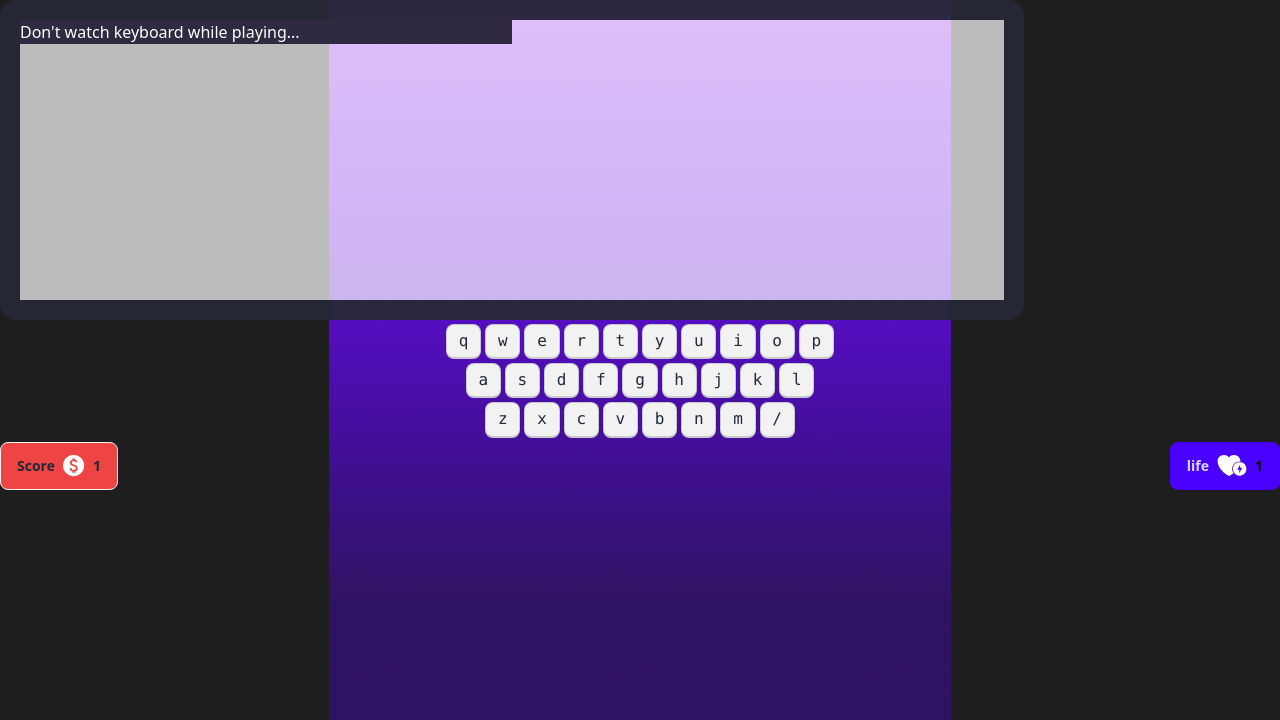
Repository: RudrasahaDibos/Alphabet-clash-
Page: index.html
These files come from the project's save history. The page is drawn as it stood at one moment and after the next save; the edit follows.
The browser window is 1280 px wide. The pictures show the whole page.
Some web fonts or font styles are not loaded; a fallback is used. Some web libraries are served in a nearby version.

Above is the page before, as saved 2024-11-04 12:25:00.

After the next save:
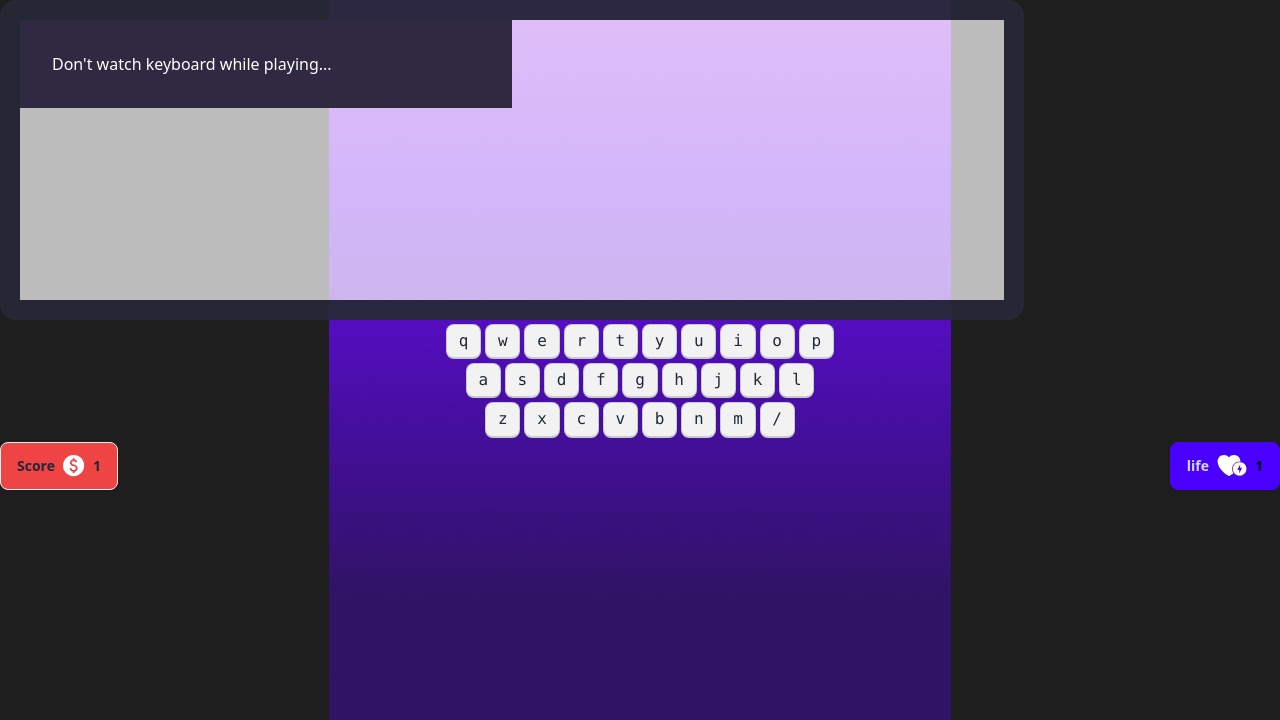
Saved 4 s later.
--- a/index.html
+++ b/index.html
@@ -34,7 +34,7 @@
                     <!-- display screen start here -->
                     <div class="artboard artboard-horizontal phone-6 border-[20px] border-[#010313CC] bg-[#FFFFFFB3] rounded-2xl">
                           <div>
-                            <p class="text-white bg-[#2F2941] p w-2/4">Don't watch keyboard  while playing...</p>
+                            <p class="text-white bg-[#2F2941] p-8 w-2/4">Don't watch keyboard  while playing...</p>
                           </div>
                     </div>
                      <!-- dispaly screen end here -->
